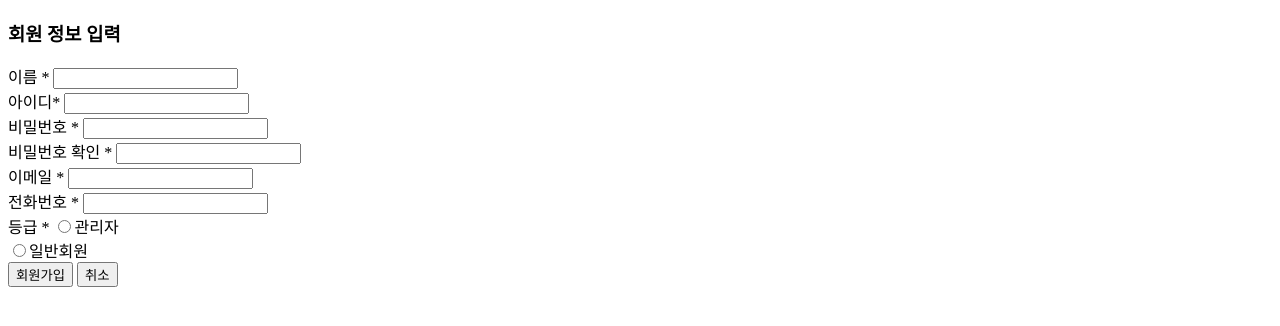
Repository: angwanghyeon/eclipse
Page: http://localhost/sec07/01_addMemberForm.jsp
An editor plug-in stored every save of this project. The page is shown before and after the next save, followed by the edit.
The browser window is 1280 px wide. The pictures show the whole page.
The page is served by Tomcat 9.

Above is the page before, as saved 2023-09-01 07:29:46.

### sec07/src/main/webapp/01_addMemberForm.jsp
<%@ page language="java" contentType="text/html; charset=UTF-8"
	pageEncoding="UTF-8"%>
<!DOCTYPE html>
<html>
<head>
<meta charset="UTF-8">
<title>회원가입</title>
</head>
<body>
	<h3>회원 정보 입력</h3>
	<form name="joinfrm" id="reg_frm" method="post"
		action="02_addMember.jsp">

		<label for="name">이름</label><span> * </span>
		<input type="text"
			name="name" id="name"  required="required"><br>

		<label for="userid">아이디</label><span>*</span>
		<input type="text" id="userid" name="userid" required="required" ><br>

		<label for="pwd">비밀번호</label><span> * </span>
		<input type="password" id="pwd" name="pwd" required="required" ><br>

		<label for="pwd">비밀번호 확인</label><span> * </span>
		<input type="password" id="pwd" name="pwd" required="required" ><br>

		<label for="email">이메일</label><span> * </span>
		<input type="email"
			id="email" name="email" required="required" ><br>

		<label for="phone">전화번호</label><span> * </span>
		<input type="tel"
			id="phone" name="phone" required="required" ><br>

		<label for="admin">등급</label><span> * </span>
		<input type="radio"
			name="admin"  value="1">관리자<br>
		<input type="radio"
			name="admin"  value="0">일반회원<br>

		<input type="submit" value="회원가입">
		<input type="reset" value="취소">
	</form>
</body>
</html>

After the next save:
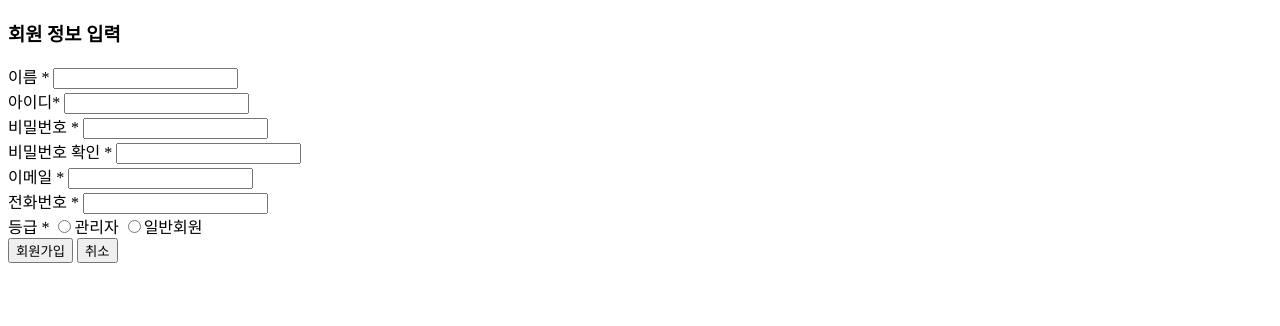
Saved 9 s later.
--- a/sec07/src/main/webapp/01_addMemberForm.jsp
+++ b/sec07/src/main/webapp/01_addMemberForm.jsp
@@ -34,7 +34,7 @@
 
 		<label for="admin">등급</label><span> * </span>
 		<input type="radio"
-			name="admin"  value="1">관리자<br>
+			name="admin"  value="1">관리자
 		<input type="radio"
 			name="admin"  value="0">일반회원<br>
 
